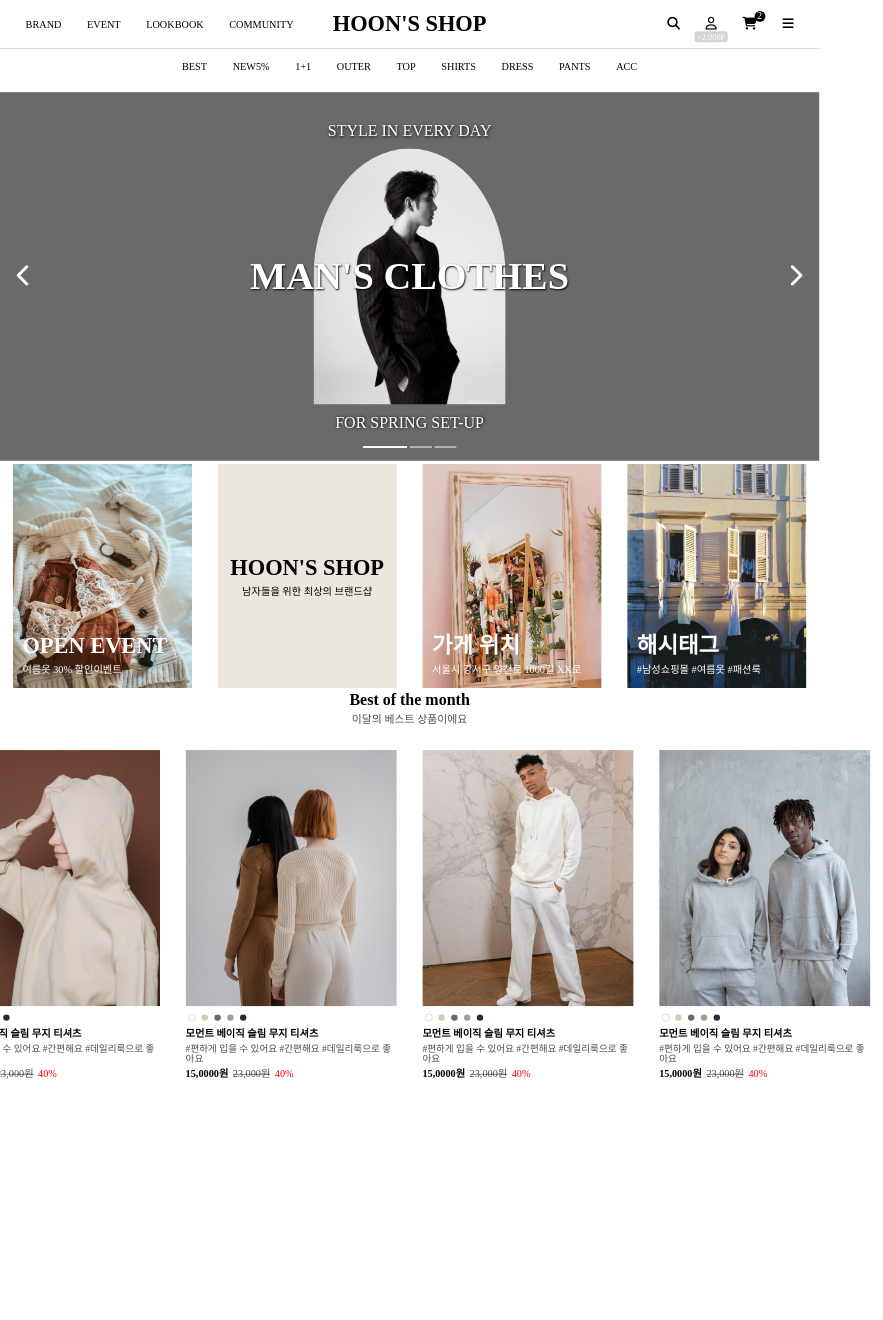
Repository: Iimchaehoon/cafeProject
Page: src/index.html
An editor plug-in stored every save of this project. The page is shown before and after the next save, followed by the edit.
The browser window is 1280 px wide. The page is 1380 px wide, so the pictures cover 1380 px, including what lies to the right of the window. The pictures show the whole page, at 64% of full size.
Some web fonts or font styles are not loaded; a fallback is used. Some web libraries are served in a nearby version.

Above is the page before, as saved 2024-07-24 23:19:23.

After the next save:
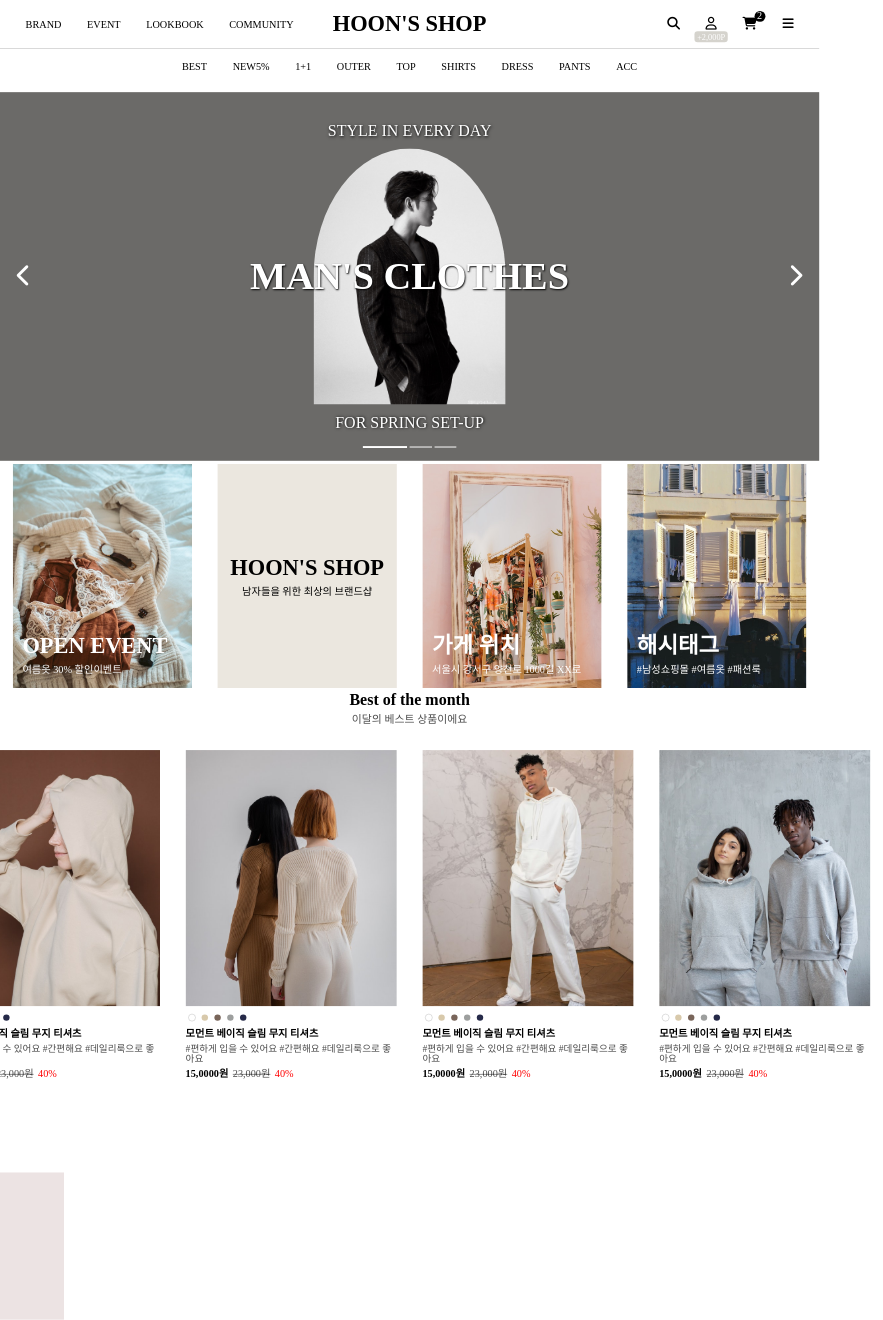
Saved 93 s later.
--- a/src/index.html
+++ b/src/index.html
@@ -284,5 +284,12 @@
         </article>
       </div>
     </section>
+    <footer class="footer">
+      <div class="footer_sub-box">
+        <span></span>
+        <small></small><small></small><small></small>
+      </div>
+      <div class="footer_sub-box"></div>
+    </footer>
   </body>
 </html>
